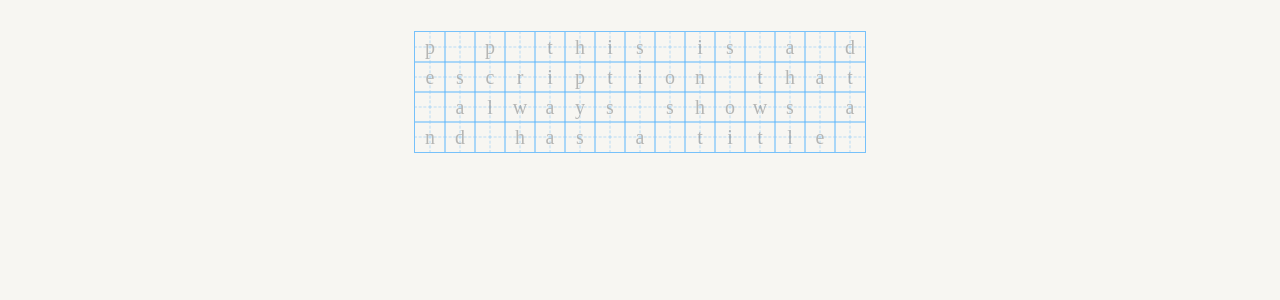
Repository: pyrcl090/p-p
Page: index.html
An editor plug-in stored every save of this project. The page is shown before and after the next save, followed by the edit.
The browser window is 1280 px wide. The pictures show the whole page.
The page's requests for data from a server got no answer. Some web fonts or font styles are not loaded; a fallback is used.

Above is the page before, as saved 2025-04-19 23:34:17.

### index.html
<!DOCTYPE html>
<html lang="en">
<head>
    <meta charset="UTF-8">
    <meta name="viewport" content="width=device-width, initial-scale=1.0">
    <title>P</title>
    <link rel="stylesheet" href="style.css">
</head>
<body>

    <div class="grid-wrapper">
        <div class="grid-border" id="grid-border">
          <!-- JavaScript will populate .grid-item elements here -->
        </div>
      </div>

        <!-- <div class="grid-wrapper">
          <div class="grid-container"></div>
          <div class="overlay-grid"></div>
        </div> -->

        <script src="script.js" async defer></script>
</body>
</html>

### style.css
@font-face {
  font-family: 'HMP';
  src: url("./assets/hiragino-maru-gothic-pron-w4.otf") format("truetype");
}

a {
  color: rgb(167, 151, 0);
  opacity: .5;
}

html, body {
  background-color: rgb(247, 246, 242);
  margin: 0;
  padding: 0;
  font-family: 'HMP';
}

body {

}

.grid-wrapper {
  padding: 2em;
  display: flex;
  justify-content: flex-start;
  align-items: center;
  flex-direction: column;
  width: 100%;
  min-height: 100vh;
  box-sizing: border-box;
}

.grid-border {
  display: flex;
  flex-direction: column;
  align-items: center;
  gap: 2em;
}

/* Inner container holding grid + overlay */
.grid-wrapper-inner {
  position: relative;
  display: inline-block;
  line-height: 0;
}

/* Grid background */
.grid-columns-rows {
  display: grid;
  grid-template-columns: repeat(15, 30px);
  grid-auto-rows: 30px;
  gap: 0;
  outline: 1px solid rgb(88, 181, 253);
  pointer-events: none;
  z-index: 1;
}

/* Each subcell (quad layout) */
.grid-columns-rows .grid-item {
  display: grid;
  grid-template-columns: repeat(2, 1fr);
  grid-template-rows: repeat(2, 1fr);
  width: 30px;
  height: 30px;
  outline: 0.5px solid rgb(88, 181, 253);
  opacity: 0.6;
}

.sub-cell {
  outline: 0.15px dashed rgb(88, 181, 253);
  opacity: 0.4;
  width: 100%;
  height: 100%;
}

/* Overlaid text */
.grid-content {
  display: grid;
  grid-template-columns: repeat(15, 30px);
  grid-auto-rows: 30px;
  gap: 0;
  position: absolute;
  top: 0;
  left: 0;
  z-index: 2;
}

.overlay-item {
  width: 30px;
  height: 30px;
  font-size: 20px;
  text-align: center;
  display: flex;
  justify-content: center;
  align-items: center;
  font-family: 'HMP';
  color: rgba(113, 113, 113, 0.6);
  line-height: 1;
  white-space: nowrap;
  pointer-events: auto;
}

.grid-image {
  width: 100%;  /* Ensure it fills the available width of the wrapper */
  display: block;  /* Block display to avoid inline issues */
  object-fit: contain;  /* Maintain aspect ratio and fit within the container */
  max-height: calc(30px * 10);  /* Ensure the image doesn't exceed the height of 5 rows */
  margin: 0; /* Remove any default margin */
  opacity: .8;
}

.grid-image-wrapper {
  display: flex;  /* Flexbox enables easy alignment of the image */
  justify-content: center;  /* Default alignment to center, you can change it via JS */
  align-items: center;  /* Vertically center the image */
  width: 100%;  /* Make sure it spans the full width of the grid column */
  height: calc(30px * 5);  /* Ensure it takes up exactly 5 rows in height */
}

.grid-item {
  display: flex;
  flex-direction: column;
  width: fit-content;
  opacity: .8;
}

.grid-item.channel-name {
  cursor: pointer;
}

.grid-item.channel-content {
  display: none;
}
/* .content-separator {
  grid-column: span 15;
  height: 30px;
} */

### script.js
const channels = [
  'p-pp-vz1bkeezvp0',
  'read-re_d-rode',
  'putaiinnnnn'
];

const menuItems = [
  {
    title: 'p p',
    content: 'this is a description that always shows and has a title'
  }
];

const gridBorder = document.getElementById('grid-border');
const cols = 15;
const cellSize = 30;
let currentlyOpenId = null;
const loadedChannels = new Set();

function createGridStructure(numItems) {
  const grid = document.createElement('div');
  grid.className = 'grid-columns-rows';
  const rows = Math.ceil(numItems / cols);
  const totalCells = rows * cols;

  for (let i = 0; i < totalCells; i++) {
    const cell = document.createElement('div');
    cell.className = 'grid-item';

    for (let j = 0; j < 4; j++) {
      const sub = document.createElement('div');
      sub.className = 'sub-cell';
      cell.appendChild(sub);
    }

    grid.appendChild(cell);
  }

  return grid;
}

function createOverlayItem(char, isLink = false, href = '') {
  const div = document.createElement('div');
  div.className = 'overlay-item';

  if (isLink) {
    const a = document.createElement('a');
    a.href = href;
    a.target = '_blank';
    a.textContent = char;
    a.style.textDecoration = 'none';
    a.style.color = 'inherit';
    div.appendChild(a);
  } else {
    div.textContent = char;
  }

  return div;
}

function addTextBlock(text, container) {
  for (const char of text) {
    const div = createOverlayItem(char);
    container.appendChild(div);
  }

  const remainder = text.length % cols;
  if (remainder !== 0) {
    for (let i = 0; i < cols - remainder; i++) {
      container.appendChild(document.createElement('div'));
    }
  }
}

// ✅ New function to fetch all blocks across pages
async function fetchAllBlocks(slug) {
  let page = 1;
  let blocks = [];
  let hasMore = true;

  while (hasMore) {
    const res = await fetch(`https://api.are.na/v2/channels/${slug}?per=100&page=${page}`);
    const data = await res.json();
    blocks = blocks.concat(data.contents);
    hasMore = data.contents.length === 100;
    page++;
  }

  console.log(`Fetched ${blocks.length} blocks from channel: ${slug}`);
  return blocks;
}

async function fillChannelContent(contentEl, slug) {
  console.log('Filling channel content:', slug);

  try {
    const [channelMeta, blocks] = await Promise.all([
      fetch(`https://api.are.na/v2/channels/${slug}?per=1`).then(res => res.json()),
      fetchAllBlocks(slug)
    ]);

    let totalCells = 0;

    // ✅ Add channel description first (if any)
    if (channelMeta.metadata?.description) {
      console.log(`Channel description: ${channelMeta.metadata.description}`);
      addTextBlock(channelMeta.metadata.description, contentEl);
      totalCells += channelMeta.metadata.description.length;
      totalCells += (cols - (channelMeta.metadata.description.length % cols)) % cols;
    }

    for (const block of blocks) {
      console.log(`Block class: ${block.class}`, block);

      if (block.image?.display?.url) {
        const img = document.createElement('img');
        img.src = block.image.display.url;
        img.className = 'grid-image';

        const colSpan = 15;
        const rowSpan = 10;

        img.style.gridColumn = `span ${colSpan}`;
        img.style.gridRow = `span ${rowSpan}`;
        img.style.justifySelf = Math.random() > 0.5 ? 'flex-start' : 'flex-end';

        contentEl.appendChild(img);
        totalCells += colSpan * rowSpan;
      }

      if (block.file?.url) {
        const fileLink = document.createElement('a');
        fileLink.href = block.file.url;
        fileLink.target = '_blank';
        fileLink.textContent = `View file: ${block.file.name || 'Document'}`;
        contentEl.appendChild(fileLink);
        contentEl.appendChild(document.createElement('br'));

        totalCells += 2;
      }

      const text = block.content || block.title || block.body || '';
      if (text) {
        addTextBlock(text, contentEl);
        totalCells += text.length;
        totalCells += (cols - (text.length % cols)) % cols;
      }
    }

    const rowsNeeded = Math.ceil(totalCells / cols);
    const totalCellsNeeded = rowsNeeded * cols;
    console.log(`Total cells needed: ${totalCellsNeeded}`);

    const wrapper = contentEl.closest('.grid-wrapper-inner');
    const oldGrid = wrapper.querySelector('.grid-columns-rows');
    if (oldGrid) oldGrid.remove();

    const newGrid = createGridStructure(totalCellsNeeded);
    wrapper.insertBefore(newGrid, contentEl);

    loadedChannels.add(slug);
    console.log(`Finished rendering content for: ${slug}`);
  } catch (error) {
    console.error(`Error filling content for ${slug}:`, error);
  }
}

function toggleContent(id, slug) {
  const contentWrapper = document.getElementById(id);
  const contentItem = contentWrapper.closest('.channel-content');

  if (currentlyOpenId && currentlyOpenId !== id) {
    const prevWrapper = document.getElementById(currentlyOpenId);
    const prevItem = prevWrapper?.closest('.channel-content');
    if (prevItem) prevItem.style.display = 'none';
  }

  const isOpen = contentItem.style.display === 'block';

  if (isOpen) {
    contentItem.style.display = 'none';
    currentlyOpenId = null;
  } else {
    contentItem.style.display = 'block';
    currentlyOpenId = id;

    if (!loadedChannels.has(slug)) {
      fillChannelContent(contentWrapper, slug);
    }
  }
}

function createChannelItem(channelData, index) {
  const slug = channelData.slug;
  const title = channelData.title || `Channel ${index + 1}`;
  const contentId = `channel-content-${index}`;

  const nameItem = document.createElement('div');
  nameItem.className = 'grid-item channel-name';

  const grid = createGridStructure(title.length);
  const content = document.createElement('div');
  content.className = 'grid-content';

  for (const char of title) {
    const item = createOverlayItem(char);
    item.style.cursor = 'pointer';
    item.addEventListener('click', () => toggleContent(contentId, slug));
    content.appendChild(item);
  }

  const wrapper = document.createElement('div');
  wrapper.className = 'grid-wrapper-inner';
  wrapper.appendChild(grid);
  wrapper.appendChild(content);
  nameItem.appendChild(wrapper);
  gridBorder.appendChild(nameItem);

  const contentItem = document.createElement('div');
  contentItem.className = 'grid-item channel-content';
  contentItem.style.display = 'none';

  const contentGrid = createGridStructure(200); // Initial placeholder
  const contentOverlay = document.createElement('div');
  contentOverlay.className = 'grid-content';
  contentOverlay.id = contentId;

  const contentWrapper = document.createElement('div');
  contentWrapper.className = 'grid-wrapper-inner';
  contentWrapper.appendChild(contentGrid);
  contentWrapper.appendChild(contentOverlay);

  contentItem.appendChild(contentWrapper);
  gridBorder.appendChild(contentItem);
}

// ✅ Renders the always-visible menu with title and content
function renderMenu() {
  menuItems.forEach((menuData, index) => {
    const text = `${menuData.title}\n${menuData.content}`;
    const textLength = text.length;

    const menuItem = document.createElement('div');
    menuItem.className = 'grid-item channel-content';
    menuItem.style.display = 'block';

    const menuGrid = createGridStructure(textLength);
    const menuContent = document.createElement('div');
    menuContent.className = 'grid-content';

    addTextBlock(text, menuContent);

    const menuWrapper = document.createElement('div');
    menuWrapper.className = 'grid-wrapper-inner';
    menuWrapper.appendChild(menuGrid);
    menuWrapper.appendChild(menuContent);

    menuItem.appendChild(menuWrapper);
    gridBorder.appendChild(menuItem);
  });
}

// ✅ Initialize menu and channels
renderMenu();

channels.forEach((slug, index) => {
  fetch(`https://api.are.na/v2/channels/${slug}?per=1`)
    .then(res => res.json())
    .then(data => {
      data.slug = slug;
      createChannelItem(data, index);
    });
});

After the next save:
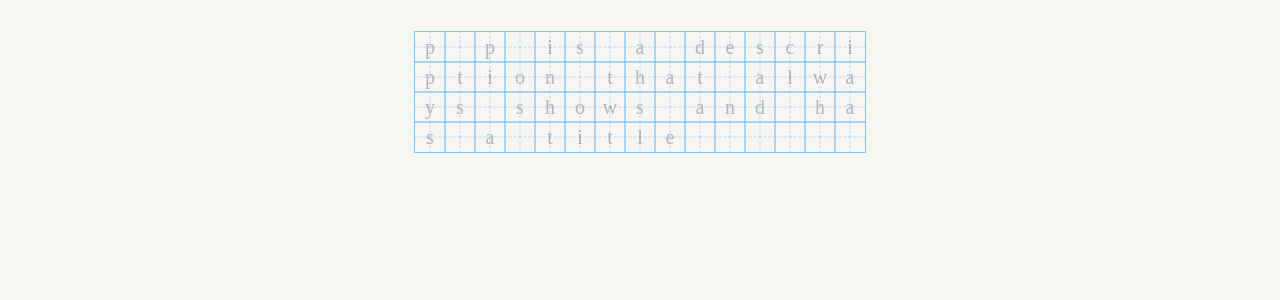
Saved 6 s later.
--- a/script.js
+++ b/script.js
@@ -7,7 +7,7 @@ const channels = [
 const menuItems = [
   {
     title: 'p p',
-    content: 'this is a description that always shows and has a title'
+    content: 'is a description that always shows and has a title'
   }
 ];
 
